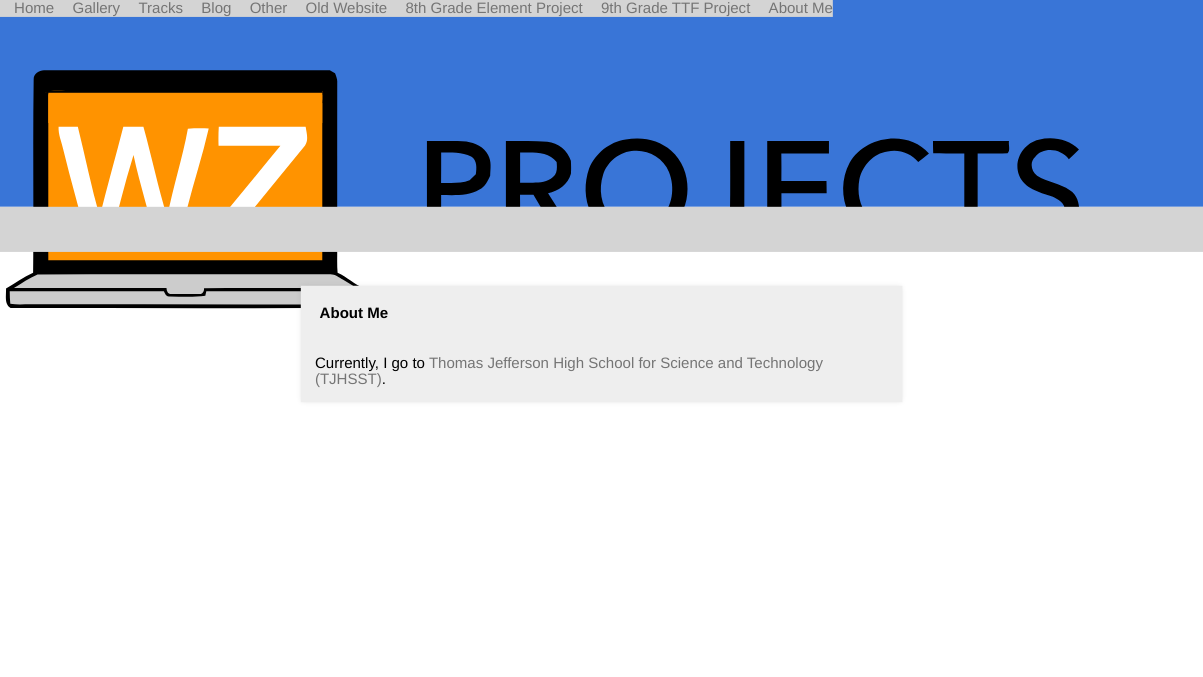
Repository: willzhang05/willzhang05.github.io-old
Page: about.html
The author's editor kept a record of every edit. The page is drawn from the files as they stood at one moment, then again after the next edit.
The browser window is 1280 px wide. The pictures show the whole page, at 94% of full size.

Above is the page before.

After the next edit:
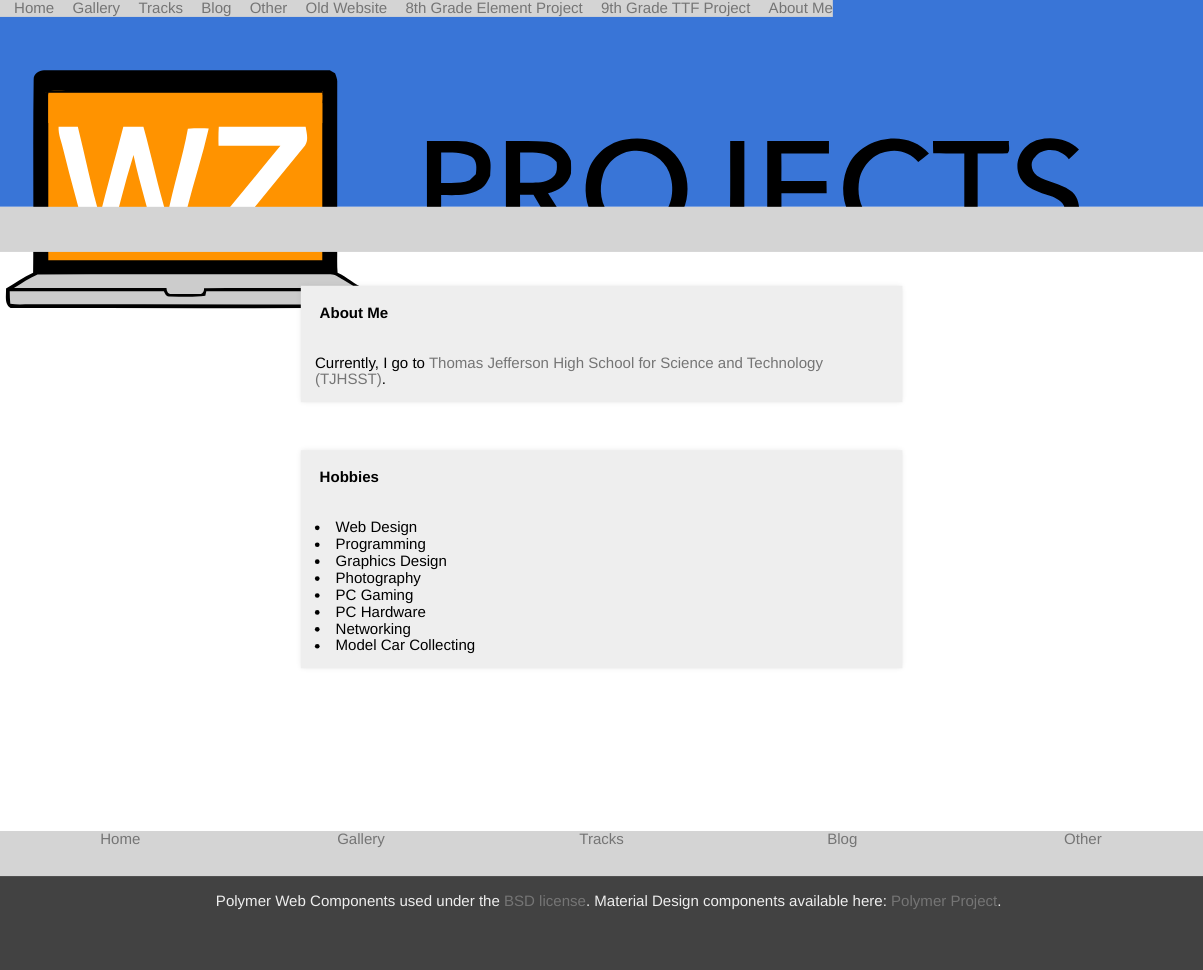
The edit:
--- a/about.html
+++ b/about.html
@@ -103,7 +103,7 @@
 								目前, 我在
 								<a class="source" href="http://www.tjhsst.edu/" target="_blank">“Thomas Jefferson High School for Science and Technology" (TJHSST)</a>
 								上学.
-							</div>
+							</div>-->
 						</div>
 					</paper-shadow>
 					<paper-shadow z="1">
